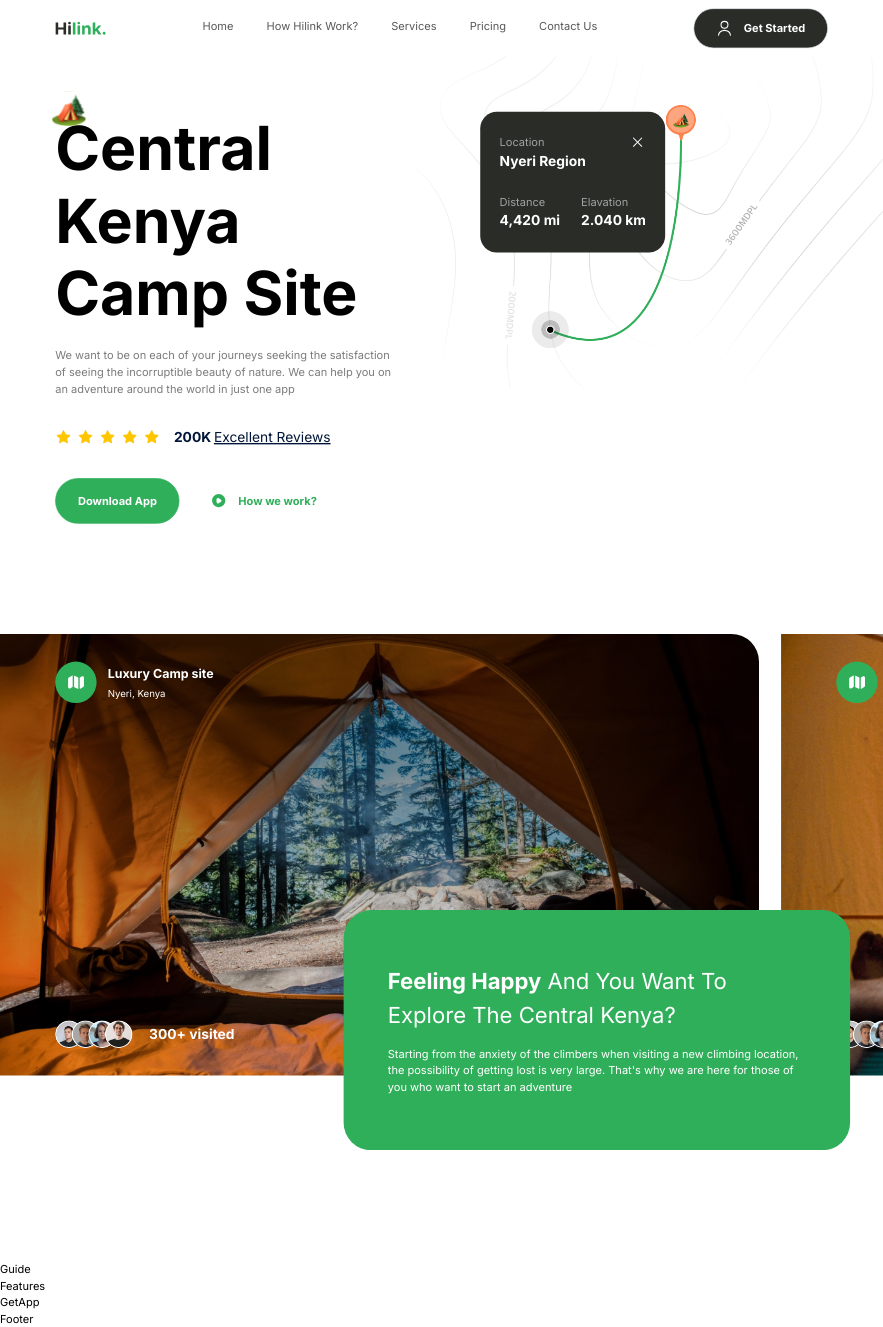
Repository: martin-raphael/travel_agency
Page: /
These files come from the project's save history. The page is drawn as it stood at one moment and after the next save; the edit follows.
The browser window is 1280 px wide. The pictures show the whole page, at 69% of full size.
The project was rebuilt for these pictures with package versions that can differ from the ones it lists, and the page was loaded fresh each time. The framework's server and built-in components were replaced by stand-ins that run in the browser. Also part of the build but not shown: next.config.mjs.

Above is the page before, as saved 2024-08-08 22:03:20.

### app/layout.tsx
import type { Metadata } from "next";
import Navbar from "@/components/Navbar";
import Footer from "@/components/Footer";
import "./globals.css";

export const metadata: Metadata = {
  title: "Travel App",
  description: "Beauty of Nature",
};

export default function RootLayout({
  children,
}: Readonly<{
  children: React.ReactNode;
}>) {
  return (
    <html lang="en">
      <body>
        <Navbar />
        <main className="relative overflow-hidden">{children}</main>
        <Footer />
      </body>
    </html>
  );
}

### components/Navbar.tsx
import { NAV_LINKS } from "@/constants";
import Image from "next/image";
import Link from "next/link";
import React from "react";
import Button from "./Button";

const Navbar = () => {
  return (
    <nav className=" flexBetween max-container padding-container relative z-30 py-3">
      <Link href="/">
        <Image src="/hilink-logo.svg" alt="logo" width={74} height={29} />
      </Link>
      <ul className="hidden h-full gap-12 lg:flex">
        {NAV_LINKS.map((link) => (
          <Link
            href={link.href}
            key={link.key}
            className="regular-16 text-gray-50 flexCenter cursor-pointer pb-1.5 transition-all hover:font-bold"
          >
            {link.label}
          </Link>
        ))}
      </ul>

      <div className=" lg:flexCenter hidden">
        <Button
          type="button"
          title="Get Started"
          icon="/user.svg"
          variant="btn_dark_green"
        />
      </div>
      <Image
        src="menu.svg"
        alt="menu"
        width={32}
        height={32}
        className="inline-block cursor-pointer lg:hidden"
      />
    </nav>
  );
};

export default Navbar;

### components/Camp.tsx
import { PEOPLE_URL } from "@/constants";
import Image from "next/image";
import React from "react";
interface CampProps {
  backgroundImage: string;
  title: string;
  subtitle: string;
  peopleJoined: string;
}

const CampSite = ({
  backgroundImage,
  title,
  subtitle,
  peopleJoined,
}: CampProps) => {
  return (
    <div
      className={`h-full w-full min-w-[1100px] ${backgroundImage}
  bg-cover bg-no-repeat lg:rounded-r-5xl 2xl:rounded-5xl`}
    >
      <div className="flex h-full flex-col items-start justify-between p-6 lg:px-20 lg:py-10">
        <div className="flexCenter gap-4">
          <div className="rounded-full bg-green-50 p-4">
            <Image
            src="/folded-map.svg"
            alt="map"
            width={28}
            height={28} />
          </div>
          <div className="flex flex-col gap-1">
            <h4 className="bold-18 text-white"> {title}</h4>
            <p className="regular-14 text-white"> {subtitle}</p>
          </div>
        </div>

        <div className="flexCenter gap-6 ">
          <span className="flex -space-x-4 overflow-hidden">
            {PEOPLE_URL.map((url) => (
              <Image
              className="inline-block h-10 w-10 rounded-full"
              src={url}
              key={url}
              alt="people"
              width={52}
              height={52} />
            ))}
          </span>
          <p className="bold-16 md:bold-20 text-white"> {peopleJoined}</p>
        </div>
      </div>
    </div>
  );
};

const Camp = () => {
  return (
    <section
      className=" 2xl:max-container relative flex flex-col py-10 lg:mb-10 lg:py-20 xl:mb-20"
    >
      <div
        className="hide-scrollbar flex h-[340px] w-full items-start
      justify-start gap-8 overflow-x-auto lg:h-[400px] xl:h-[640px]"
      >
        <CampSite
          backgroundImage="bg-bg-img-1"
          title="Luxury Camp site"
          subtitle="Nyeri, Kenya"
          peopleJoined="300+ visited"
        />
        <CampSite
         backgroundImage="bg-bg-img-2"
         title="The Ranch Camp site"
         subtitle="Kirinyaga, Kenya"
         peopleJoined="800+ visited" />
      </div>
      <div className="flexEnd mt-10 px-6 lg:-mt-60 lg:mr-6">
          <div className="bg-green-50 p-8 lg:max-w-[500px] xl:max-w-[734px]
          xl:rounded-5xl xl:px-16 xl:py-20 relative w-full overflow-hidden rounded-3xl">
            <h2 className="regular-24 md:regular-32 2xl:regular-64 capitalize text-white">
              <strong>Feeling Happy</strong> and you want to explore the Central Kenya?
            </h2>
            <p className="regular-14 xl:regular-16 mt-5 text-white">Starting from the anxiety of the climbers when visiting a new climbing location, the possibility of getting lost is very large.
               That's why we are here for those of you who want to start an adventure</p>

          </div>
      </div>
    </section>
  );
};

export default Camp;

### components/Hero.tsx
import Image from "next/image";
import React from "react";
import Button from "./Button";

const Hero = () => {
  return (
    <section
      className=" max-container padding-container flex
    flex-col gap-20 lg:py-20 py-10 pb-32 md:gap-28 xl:flex-row
    "
    >
      <div className="hero-map" />

      {/* LEFT SIDE-*/}

      <div className="relative z-20 flex flex-1 flex-col xl:w-1/2">
        <Image
          src="/camp.svg"
          alt="camp"
          width={50}
          height={50}
          className="absolute left-[-5px] top-[-30px] w-10 lg:w-[50px]"
        />
        <h1 className="bold-52 lg:bold-88"> Central Kenya Camp Site</h1>
        <p className="regular-16 mt-6 text-gray-30 xl:max-w-[520px]">
          We want to be on each of your journeys seeking the satisfaction of
          seeing the incorruptible beauty of nature. We can help you on an
          adventure around the world in just one app
        </p>

        <div className="my-11 flex flex-wrap gap-5">
          <div className="flex items-center gap-2">
            {Array(5)
              .fill(1)
              .map((_, index) => (
                <Image
                  src="/star.svg"
                  alt="Ratings"
                  key={index}
                  width={24}
                  height={24}
                />
              ))}
          </div>
          <p className="bold-16 lg:bold-20 text-blue-70">
            200K
            <span className="regular-16 lg:regular-20 ml-1 underline">
              Excellent Reviews
            </span>
          </p>
        </div>
        <div className="flex flex-col w-full gap-3 sm:flex-row">
          <Button type="button" title="Download App" variant="btn_green" />

          <Button
            type="button"
            title="How we work? "
            icon="/play.svg"
            variant="btn_white"
          />
        </div>
      </div>

      <div className="relative flex flex-1 items-start">
        <div className="relative z-20  w-[268px] flex flex-col gap-8 rounded-3xl bg-green-90 px-7 py-8">
          <div className="flex flex-col">
            <div className="flexBetween">
              <p className="regular-16 text-gray-20">Location</p>
              <Image src="/close.svg" alt="close" width={24} height={24} />
            </div>
            <p className="bold-20 text-white"> Nyeri Region</p>
          </div>
            <div className="flexBetween">
              <div className="flex flex-col">
                <p className="regular-16 block text-gray-20">Distance</p>
                <p className="bold-20 text-white"> 4,420 mi</p>
              </div>
              <div className="flex flex-col">
                <p className="regular-16 block text-gray-20">Elavation</p>
                <p className="bold-20 text-white"> 2.040 km</p>
              </div>
            </div>
          </div>
        </div>

    </section>
  );
};

export default Hero;

### components/Button.tsx
import Image from "next/image";

type ButtonProps = {
  type: "button" | "submit";
  title: string;
  icon?: string;
  variant?: string;
  full?:boolean;
};

const Button = ({ type, title, icon, variant, full }: ButtonProps) => {
  return (
    <button
      className={`flexCenter gap-4 rounded-full border ${variant} ${full && 'w-full'}`}
      type={type}
    >
      {icon && <Image src={icon} alt={title} width={24} height={24} />}
      <label className=" bold-16 whitespace-nowrap cursor-pointer">{title}</label>
    </button>
  );
};

export default Button;

Loaded but not shown: app/page.tsx (common file); components/Footer.tsx (common file); app/globals.css (common file); components/Features.tsx (common file); components/GetApp.tsx (common file); components/Guide.tsx (common file); constants/index.ts (common file); tailwind.config.ts (common file)

After the next save:
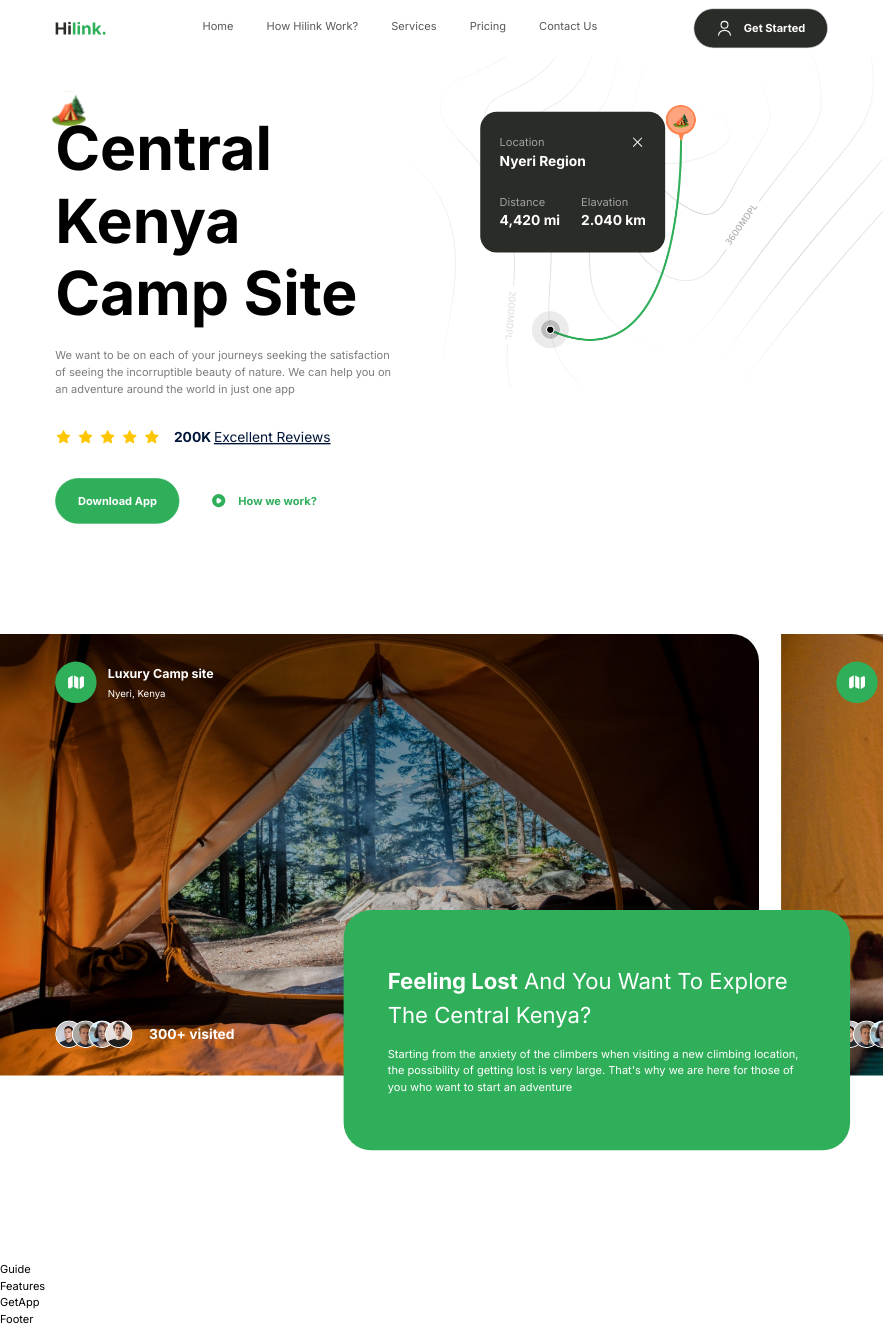
Saved 30 s later.
--- a/components/Camp.tsx
+++ b/components/Camp.tsx
@@ -78,7 +78,7 @@
           <div className="bg-green-50 p-8 lg:max-w-[500px] xl:max-w-[734px]
           xl:rounded-5xl xl:px-16 xl:py-20 relative w-full overflow-hidden rounded-3xl">
             <h2 className="regular-24 md:regular-32 2xl:regular-64 capitalize text-white">
-              <strong>Feeling Happy</strong> and you want to explore the Central Kenya?
+              <strong>Feeling lost</strong> and you want to explore the Central Kenya?
             </h2>
             <p className="regular-14 xl:regular-16 mt-5 text-white">Starting from the anxiety of the climbers when visiting a new climbing location, the possibility of getting lost is very large.
                That's why we are here for those of you who want to start an adventure</p>
